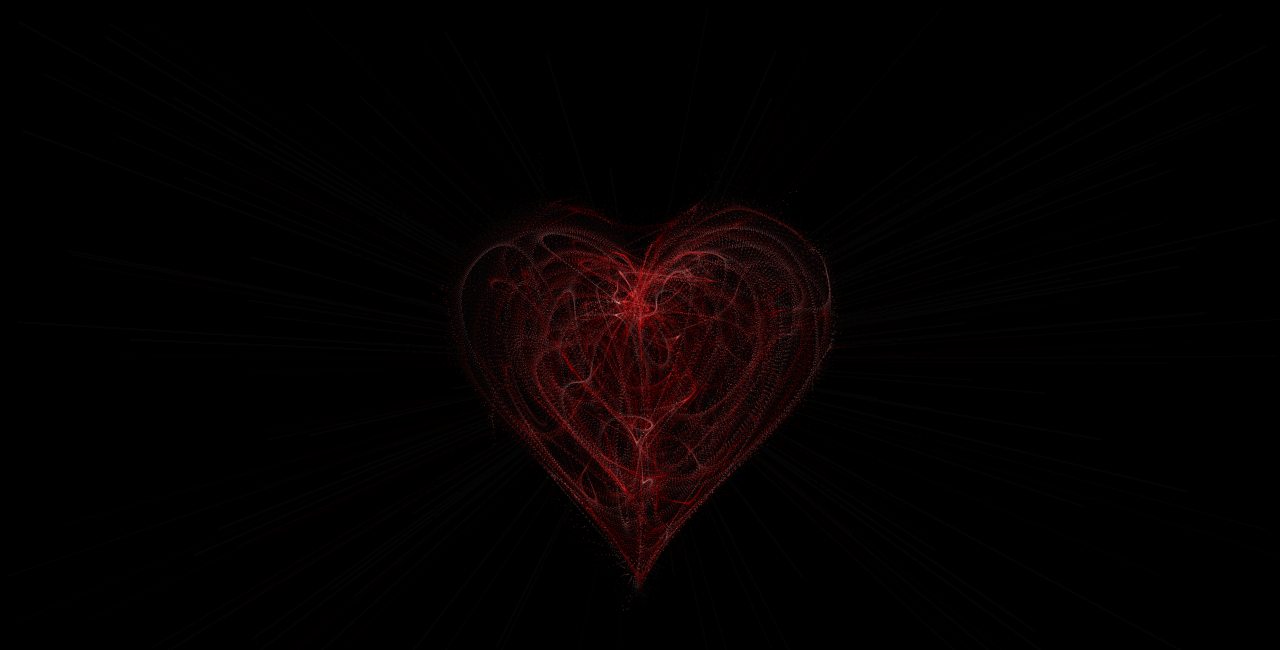
Repository: ngoclong2904/codeTraiTim
Page: index.html
The author's editor kept a copy of each file at every save. The page is drawn from the files as they stood at one save, then again after the next save.
The browser window is 1280 px wide. The pictures show the whole page.

Above is the page before, as saved 2022-11-09 00:00:53.

After the next save:
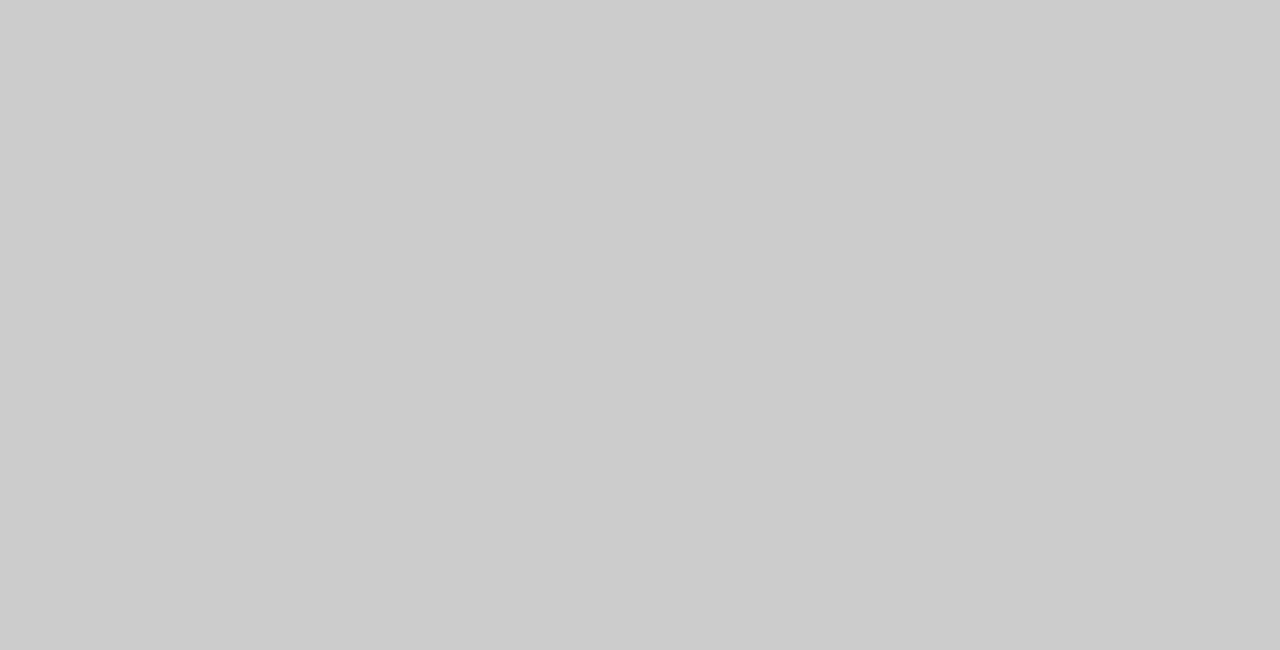
Console error: SyntaxError: Unexpected token '<'
Saved 77 s later.
--- a/index.html
+++ b/index.html
@@ -180,7 +180,7 @@
           }
           //ctx.fillStyle = "rgba(255,255,255,1)";
           //for (i = u.trace.length; i--;) ctx.fillRect(targetPoints[i][0], targetPoints[i][1], 2, 2);
-
+          <p>Diễm Hằng<p/>
           window.requestAnimationFrame(loop, canvas);
         };
         loop();

After the save that followed:
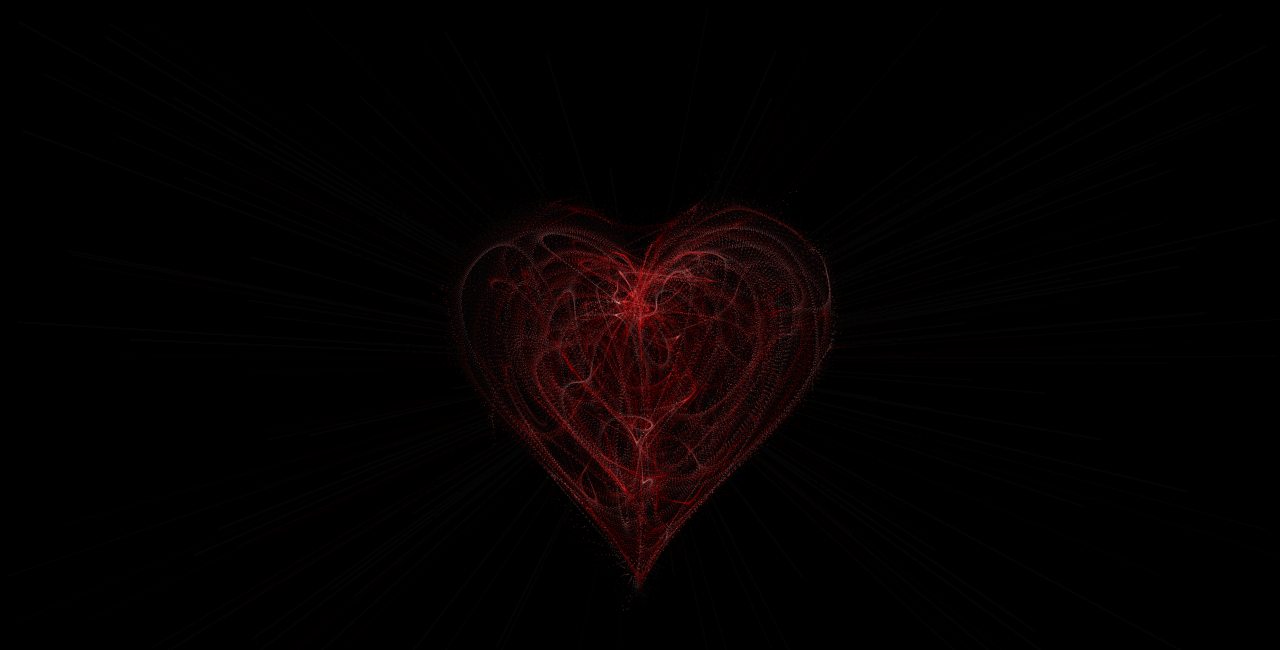
The error is gone.
Saved 9 s later.
--- a/index.html
+++ b/index.html
@@ -180,7 +180,7 @@
           }
           //ctx.fillStyle = "rgba(255,255,255,1)";
           //for (i = u.trace.length; i--;) ctx.fillRect(targetPoints[i][0], targetPoints[i][1], 2, 2);
-          <p>Diễm Hằng<p/>
+
           window.requestAnimationFrame(loop, canvas);
         };
         loop();
